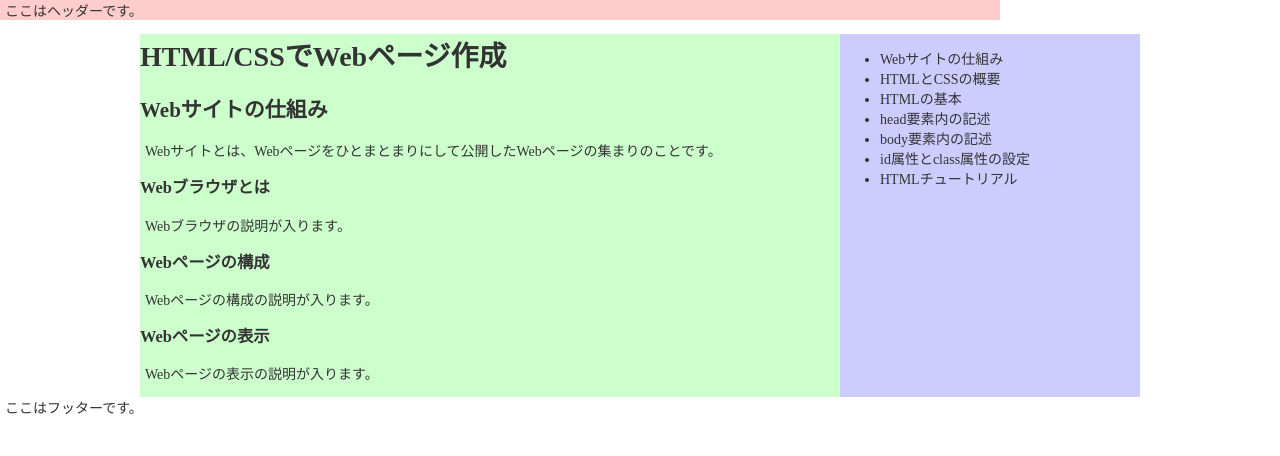
Repository: Naonaka-Saino/first-git
Page: lesson-htmlcss/kadai-html.html
The author's editor kept a record of every edit. The page is drawn from the files as they stood at one moment, then again after the next edit.
The browser window is 1280 px wide. The pictures show the whole page.

Above is the page before.

### lesson-htmlcss/kadai-html.html
<!DOCTYPE html>
<html lang="ja">
    <head>
        <meta charset="utf-8">
        <link rel="stylesheet" href="kadai-css.css">
        <title>HTML/CSSでWebページ作成</title>
    </head>
    <body>
        <header>
            <p>ここはヘッダーです。</p>
        </header>

        <div id="wrapper">
            <div id="main">
                <h1>HTML/CSSでWebページ作成</h1>
                    <h2>Webサイトの仕組み</h2>
                        <p>Webサイトとは、Webページをひとまとまりにして公開したWebページの集まりのことです。</p>
                        <h3>Webブラウザとは</h3>
                            <p>Webブラウザの説明が入ります。</p>
                        <h3>Webページの構成</h3>
                            <p>Webページの構成の説明が入ります。</p>
                        <h3>Webページの表示</h3>
                            <p>Webページの表示の説明が入ります。</p>
            </div>
            <!--mainここまで-->
            <nav id="menu">
                <ul>
                    <li>Webサイトの仕組み</li>
                    <li>HTMLとCSSの概要</li>
                    <li>HTMLの基本</li>
                    <li>head要素内の記述</li>
                    <li>body要素内の記述</li>
                    <li>id属性とclass属性の設定</li>
                    <li>HTMLチュートリアル</li>
                </ul>
            </nav>
        </div>
        <!--wraperここまで-->
        <footer>
            <p>ここはフッターです。</p>
        </footer>
    </body>
</html>

### lesson-htmlcss/kadai-css.css
@charset="UTf-8";

body{
    margin: 0;
    padding: 0;
    color: #333;
    font-size: 14px;
    font-family: "Hiragino Sans";
}

h1,h2,h3{
    margin-top:0;
}

p{
    margin-left:5px;
    margin-top: 0;
}

header{
    width:1000px;
    background-color:#ffcccc;
}

#wrapper{
    width:1000px;
    margin:0 auto;
    display:flex;
}

#main{
    width:700px;
    background-color:#ccffcc;
}

#menu{
    width:300px;
    background-color:#ccccff;
}

After the next edit:
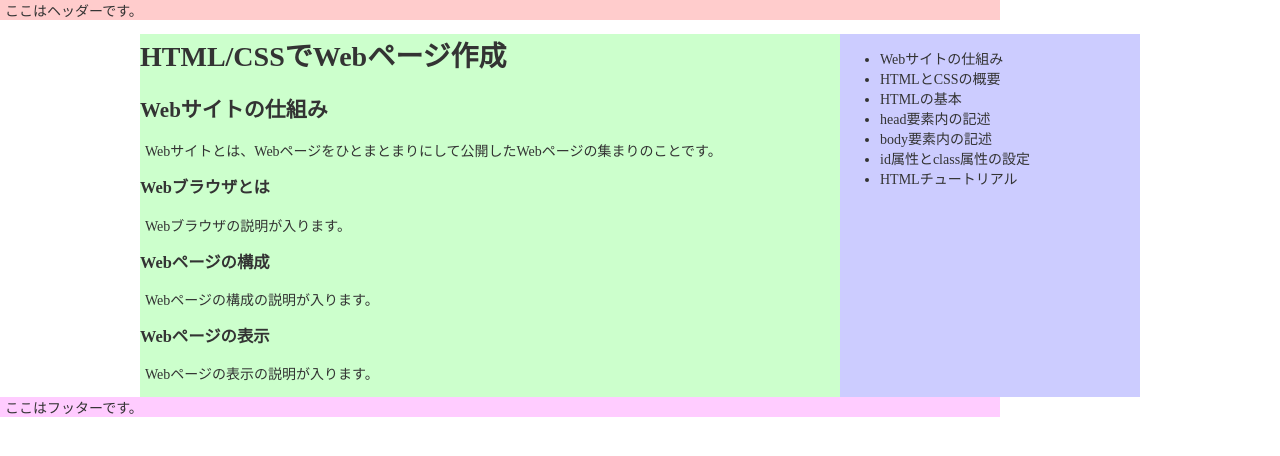
The edit:
--- a/lesson-htmlcss/kadai-css.css
+++ b/lesson-htmlcss/kadai-css.css
@@ -37,3 +37,8 @@
     width:300px;
     background-color:#ccccff;
 }
+
+footer{
+    width:1000px;
+    background-color:#ffccff;
+}
